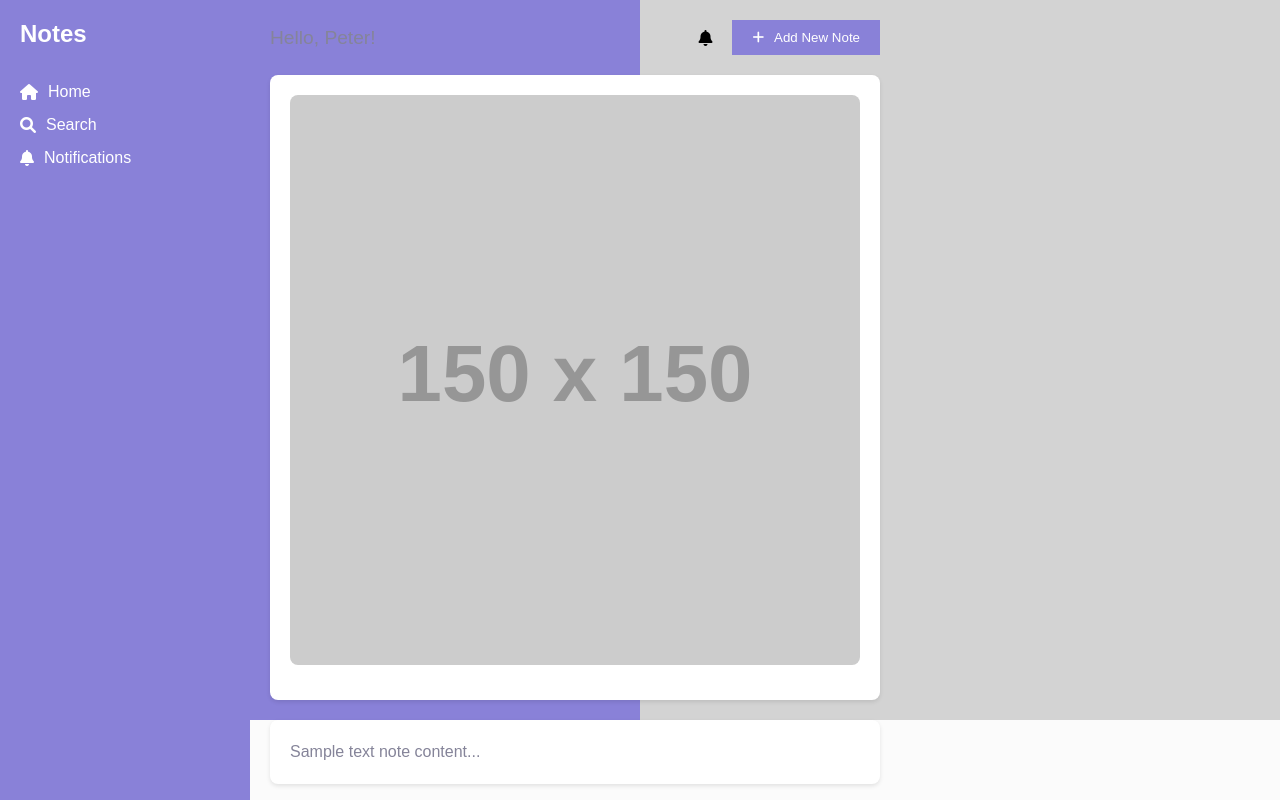
Repository: SatenikGabrielyan/HTML_CSS-_Assignment
Page: index.html
These files come from the project's save history. The page is drawn as it stood at one moment and after the next save; the edit follows.
The browser window is 1280 px wide. The pictures show the whole page.
An inner scrolling area shows only its first screen.

Above is the page before, as saved 2025-03-17 00:33:35.

### index.html
<!DOCTYPE html>
<html lang="en">
  <head>
    <meta charset="UTF-8" />
    <meta name="viewport" content="width=device-width, initial-scale=1.0" />
    <title>Notes App</title>
    <link rel="stylesheet" href="./style.css" />
    <!-- Include Font Awesome for icons -->
    <link href="https://cdnjs.cloudflare.com/ajax/libs/font-awesome/6.0.0-beta3/css/all.min.css" rel="stylesheet"/>
  </head>
  <body>

      <div class="cont">
          <div class="purp"></div>
          <div class="whit"></div>
      </div>
    <div class="container">

      <nav class="sidebar">
        <div class="sidebar-header">
          <h2>Notes</h2>
        </div>
        <ul class="sidebar-list">
          <li><i class="fas fa-home"></i> Home</li>
          <li><i class="fas fa-search"></i> Search</li>
          <li><i class="fas fa-bell"></i> Notifications</li>
        </ul>
      </nav>

      <main class="main-content">
        <header>
          <div class="header-left">
            <p>Hello, Peter!</p>
          </div>
          <div class="header-right">
            <i class="fas fa-bell"></i>
            <button class="add-note-btn">
              <i class="fas fa-plus"></i> Add New Note
            </button>
          </div>
        </header>
        <section class="notes-grid">

          <div class="note-item image-note">
            <img src="https://via.placeholder.com/150" alt="Note Image" />
          </div>

          <div class="note-item text-note">
            <p>Sample text note content...</p>
          </div>

          <div class="note-item mixed-note">
            <img src="https://via.placeholder.com/150" alt="Note Image" />
            <p>Sample mixed note content...</p>
          </div>
        </section>
      </main>
    </div>

  </body>
</html>

### style.css
/* CSS Variables for Colors */
:root {
    --bg-color: #fbfbfb;
    --primary-color: #8981d8;
    --secondary-color: #d0d0d0;
    --text-color: #858499;
    --highlight-color: #7f77cc;
    --hover-color: rgba(137, 129, 216, 0.5);
  }

  /* General Reset */
  * {
    margin: 0;
    padding: 0;
    box-sizing: border-box;
  }

  body {
    font-family: Arial, sans-serif;
    background-color: var(--bg-color);
    display: flex;
    height: 100vh;
  }
  .wrapper{
    position: relative;
  }
  .cont{
      display: flex;
      width: 100%;
      position: relative;
      z-index: -1;
      border-radius: 10px;
  }
.purp {
    width: 50%;
    background-color: var(--primary-color);
    flex-direction: row;
}
.whit {
    width: 50%;
    background-color: lightgray;
    flex-direction: row;
}
  .container {
    display: flex;
    width: 900px;
    height: 800px;
    /* padding: 100px; */
    margin: ;
    box-shadow: 10px lightgray;

    background: center;
    position: absolute;
    z-index: 2;
    border-radius: 30px;
  }

  /* Sidebar Styling */
  .sidebar {
    width: 250px;
    background-color: var(--primary-color);
    color: #fff;
    display: flex;
    flex-direction: column;
    padding: 20px;
  }

  .sidebar-header h2 {
    margin-bottom: 20px;
  }

  .sidebar-list {
    list-style: none;
  }

  .sidebar-list li {
    margin: 15px 0;
    display: flex;
    align-items: center;
    cursor: pointer;
  }

  .sidebar-list li i {
    margin-right: 10px;
  }

  /* Main Content Styling */
  .main-content {
    flex-grow: 1;
    padding: 20px;
    overflow-y: auto;
  }

  header {
    display: flex;
    justify-content: space-between;
    align-items: center;
    margin-bottom: 20px;
  }

  .header-left p {
    font-size: 1.2em;
    color: var(--text-color);
  }

  .header-right {
    display: flex;
    align-items: center;
  }

  .header-right i {
    margin-right: 20px;
    cursor: pointer;
  }

  .add-note-btn {
    background-color: var(--primary-color);
    color: #fff;
    border: none;
    padding: 10px 20px;
    cursor: pointer;
    display: flex;
    align-items: center;
  }

  .add-note-btn i {
    margin-right: 10px;
  }

  /* Notes Grid Styling */
  .notes-grid {
    display: grid;
    grid-template-columns: repeat(auto-fill, minmax(300px, 1fr));
    gap: 20px;
  }

  .note-item {
    background-color: #fff;
    border-radius: 8px;
    box-shadow: 0 2px 4px rgba(0, 0, 0, 0.1);
    overflow: hidden;
    display: flex;
    flex-direction: column;
    padding: 20px;
  }

  .note-item img {
    width: 100%;
    height: auto;
    border-radius: 8px;
    margin-bottom: 15px;
  }

  .note-item p {
    color: var(--text-color);
    font-size: 1em;
    line-height: 1.5;
  }

  /* Hover Effect for Filter Buttons */
  .sidebar-list li:hover {
    background-color: var(--highlight-color);
    transition: background-color 0.3s ease;
  }

  /* Mobile Responsiveness */
  @media (max-width: 768px) {
    .container {
      flex-direction: column;
    }

    .sidebar {
      width: 100%;
      flex-direction: row;
      justify-content: space-around;
      padding: 10px;
    }

    .sidebar-list {
      display: flex;
      flex-direction: row;
      gap: 15px;
    }

    .sidebar-list li {
      margin: 0;
    }

    .main-content {
      padding: 10px;
    }

    header {
      flex-direction: column;
      align-items: flex-start;
    }

    .header-right {
      margin-top: 10px;
    }

    .notes-grid {
      grid-template-columns: 1fr;
    }

    .note-item {
      padding: 10px;
    }

    .note-item img {
      margin-bottom: 10px;
    }
  }

After the next save:
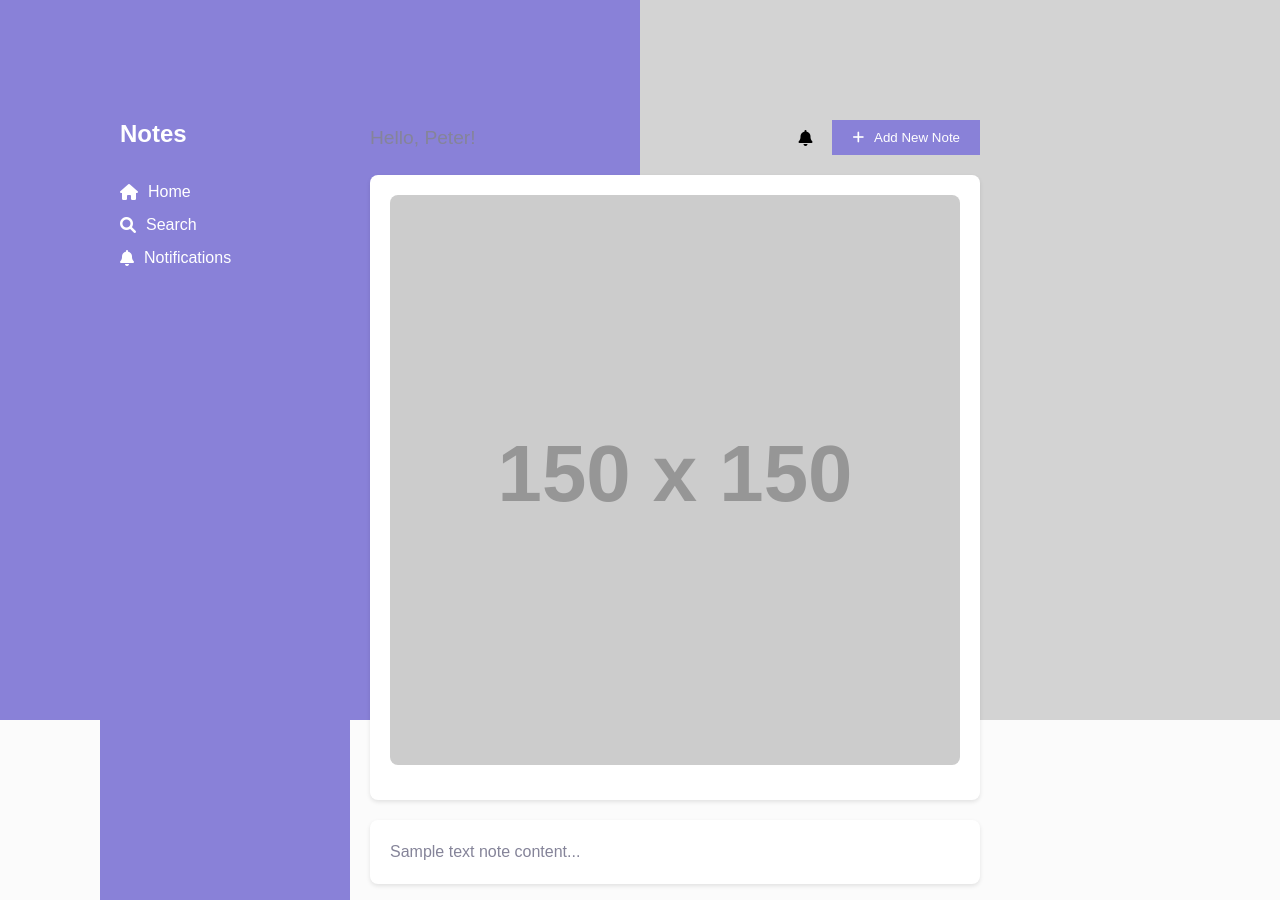
Saved 4 s later.
--- a/style.css
+++ b/style.css
@@ -46,7 +46,7 @@
     width: 900px;
     height: 800px;
     /* padding: 100px; */
-    margin: ;
+    margin: 100px;
     box-shadow: 10px lightgray;
 
     background: center;
